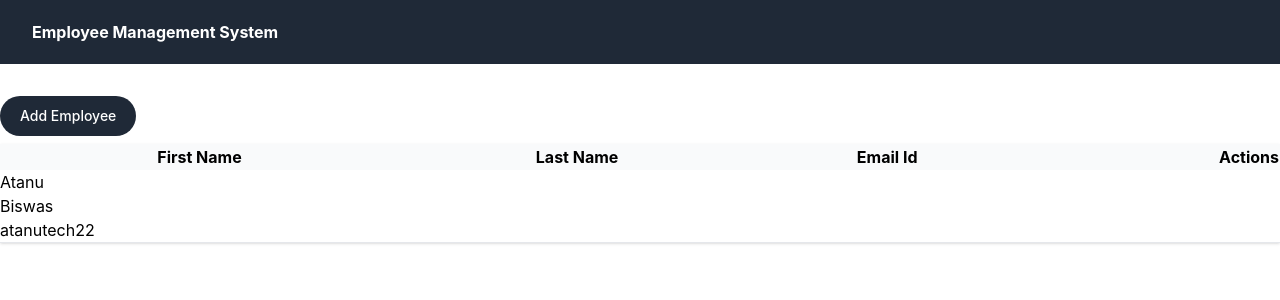
Repository: Atanu484/Full-Stack-Employee-Management-System
Page: / (app in employee-system-frontend/)
An editor plug-in stored every save of this project. The page is shown before and after the next save, followed by the edit.
The browser window is 1280 px wide. The pictures show the whole page.
The project was rebuilt for these pictures with package versions that can differ from the ones it lists, and the page was loaded fresh each time. Also part of the build but not shown: employee-system-frontend/src/App.css, employee-system-frontend/src/services/EmployeeService.js, employee-system-frontend/src/components/AddEmployee.js.

Above is the page before, as saved 2022-08-15 04:50:44.

After the next save:
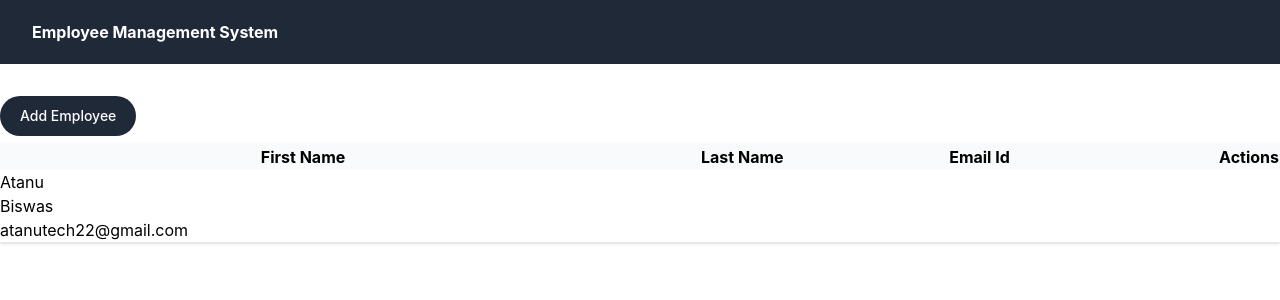
Saved 5 s later.
--- a/employee-system-frontend/src/components/EmployeeList.js
+++ b/employee-system-frontend/src/components/EmployeeList.js
@@ -19,7 +19,7 @@ const EmployeeList = () => {
                     <tbody>
                         <tr>Atanu</tr>
                         <tr>Biswas</tr>
-                        <tr>atanutech22</tr>
+                        <tr>atanutech22@gmail.com</tr>
                         <tr></tr>
                     </tbody>
                 </table>
